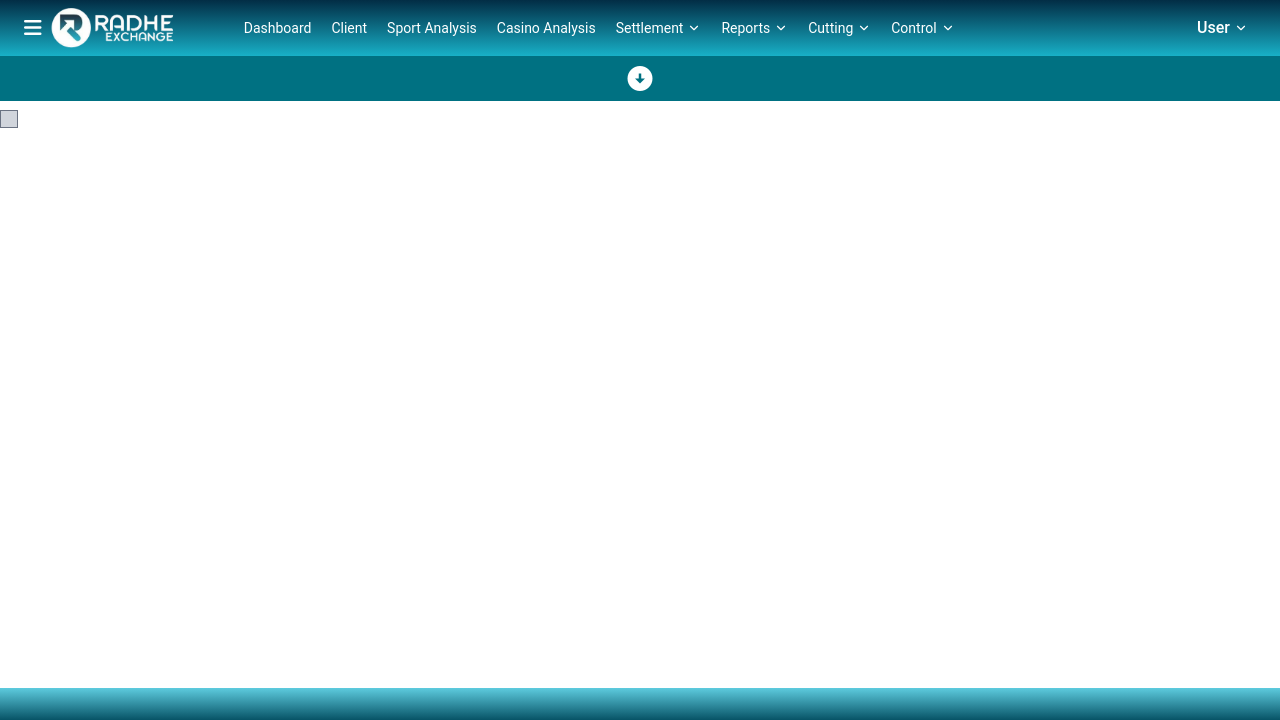
Repository: Habeebur1493/Radhe-Exchange
Page: /betlockpopup (app in frontend/)
These files come from the project's save history. The page is drawn as it stood at one moment and after the next save; the edit follows.
The browser window is 1280 px wide. The pictures show the whole page.
Some web libraries are served in a nearby version. The project was rebuilt for these pictures with package versions that can differ from the ones it lists, and the page was loaded fresh each time. Also part of the build but not shown: frontend/vite.config.js, frontend/src/components/Login.jsx, frontend/src/components/Register.jsx, frontend/src/components/Dashboard.jsx, frontend/src/components/UserLockPopup.jsx, frontend/src/components/Client.jsx, frontend/src/components/Home.jsx. Imported but missing from the stored project, and not drawn on this page: frontend/src/components/Pagination.

Above is the page before, as saved 2025-03-06 13:04:40.

### frontend/index.html
<!doctype html>
<html lang="en">
  <head>
    <meta charset="UTF-8" />
    <meta name="viewport" content="width=device-width, initial-scale=1.0" />
    <link
    href="https://cdn.jsdelivr.net/npm/remixicon@4.5.0/fonts/remixicon.css"
    rel="stylesheet"
/>
<link rel="stylesheet" href="https://cdnjs.cloudflare.com/ajax/libs/font-awesome/6.7.2/css/all.min.css" integrity="sha512-Evv84Mr4kqVGRNSgIGL/F/aIDqQb7xQ2vcrdIwxfjThSH8CSR7PBEakCr51Ck+w+/U6swU2Im1vVX0SVk9ABhg==" crossorigin="anonymous" referrerpolicy="no-referrer" />
    <title>Radheexch | Admin</title>

  </head>
  <body>
    <div id="root"></div>
    <script type="module" src="/src/main.jsx"></script>
  </body>
</html>

### frontend/src/App.jsx
import React from "react";
import { Routes, Route, Navigate } from "react-router-dom";
import Login from "./components/Login";
import Register from "./components/Register";
import Dashboard from "./components/Dashboard";
import Client from "./components/Client";
import Home from "./components/Home";
import Layout from "./components/Layout";
import "./App.css";
import UserLockPopup from "./components/UserLockPopup";
import BetLockPopup from "./components/BetLockPopup";

const App = () => {
  return (
    <Routes>
      {/* Redirect to login by default */}
      <Route path="/" element={<Navigate to="/login" />} />

      {/* Auth Routes */}
      <Route path="/login" element={<Login />} />
      <Route path="/register" element={<Register />} />

      {/* Protected Routes inside Layout */}
      <Route element={<Layout />}>
        <Route path="/userlockpopup" element={< UserLockPopup/>}/>
        <Route path="/betlockpopup" element={< BetLockPopup/>}/>
        <Route path="/home" element={<Home />} />
        <Route path="/dashboard" element={<Dashboard />} />
        <Route path="/client" element={<Client />} />
      </Route>
    </Routes>
  );
};

export default App;

### frontend/src/components/Layout.jsx
import React from "react";
import { Outlet } from "react-router-dom";
import Navbar from "./Navbar";
import Header from "./Header";
import Footer from "./Footer";

const Layout = () => {
  return (
    <div>
      <Navbar />
      <Header />
      <main>
        <Outlet /> {/* This ensures the page content appears in the correct place */}
      </main>
      <Footer />
    </div>
  );
};

export default Layout;

### frontend/src/App.css
@import "tailwindcss";

@import url("https://fonts.googleapis.com/css2?family=Roboto:ital,wght@0,100..900;1,100..900&display=swap");

html,
body,
#root {
  margin: 0;
  padding: 0;
  box-sizing: border-box;
}

body {
  height: 100%;
  width: 100%;
}

.dashboard {
  min-height: 100vh; /* Default: Full viewport height */
  padding-bottom: 70px;
}

@media (min-width: 1024px) {
  /* Large screens */
  .dashboard {
    min-height: auto; /* Normal height */
  }
}

:root {
  --primary-background: linear-gradient(#022d45, #18b0c7);
  --secondary-background: linear-gradient(#5dcbde, #075366);
  --tertiary-background: linear-gradient(#007182, #4ab4c7);
  --four-background: linear-gradient(#075366, #5dcbde);
  --fifth-background: linear-gradient(#2d6e7e, #022d45);
}

.main {
  background: var(--primary-background);
  font-family: "Roboto", sans-serif;
}

.btn {
  background: var(--secondary-background);
  font-family: "Roboto", sans-serif;
}

nav {
  background: var(--primary-background);
  font-family: "Roboto", sans-serif;
  font-size: 14px;
}
.dashboard {
  font-family: "Roboto", sans-serif;
  font-size: 14px;
}

.sidebar {
  background: var(--tertiary-background);
  font-family: "Roboto", sans-serif;
  font-size: 14px;
}
.btn1 {
  background: var(--secondary-background);
  font-family: "Roboto", sans-serif;
  transition: all 0.3s ease-in-out;
}
.btn1:hover {
  background: var(--four-background);
}

.dash {
  font-family: "Roboto", sans-serif;
  font-size: 14px;
}

.footer {
  background: var(--secondary-background);
  font-family: "Roboto", sans-serif;
  font-size: 14px;
}
@keyframes marquee {
  0% {
    transform: translateX(100%);
  }
  100% {
    transform: translateX(-100%);
  }
}

.marquee-text {
  display: inline-block;
  white-space: nowrap;
  animation: marquee 10s linear infinite;
}

.btn2{
    background: var(--secondary-background);
    color: white;
    font-size: 14px;
    font-weight: 500;
    transition: all 0.2s ease-in-out;
    cursor: pointer;
}

.btn2:hover{
    background: var(--four-background);
}

.client{
    font-family: "Roboto", sans-serif;
    font-size: 12px;
}

.btn3{
  background:var(--secondary-background)
}
.btn3:hover{
  background: var(--four-background);
}

.btnsp{
  background: var(--fifth-background);
}

.popup{
  background:var(--secondary-background)
}

### frontend/src/components/BetLockPopup.jsx
import React, { useState } from "react";

const BetLockPopup = () => {
  // State to control the visibility of the popup
  const [isPopupVisible, setPopupVisible] = useState(false);

  // Function to open the popup
  const openPopup = () => {
    setPopupVisible(true);
  };

  // Function to close the popup
  const closePopup = () => {
    setPopupVisible(false);
  };

  return (
    <div className="">
      <table>
        <thead>
          <tr>
            <th className=" text-right">
              <button
                className="cursor-pointer bg-gray-300 hover:bg-gray-400 border border-gray-500 p-2"
                onClick={openPopup}
              ></button>
            </th>
          </tr>
        </thead>
      </table>

      {/* Popup Modal */}
      {isPopupVisible && (
        <div className="fixed inset-0  bg-opacity-50 flex justify-center items-center z-50">
          <div className="bg-[#f0f8ff] p-6 rounded-lg w-1/3">
            <div className="popup flex justify-between items-center">
              <h2 className="text-[16px] text-white">Bet Lock</h2>
              <button
                className="text-white"
                onClick={closePopup}
              >
                ×
              </button>
            </div>

            <div className="mt-4 flex items-center pb-4">
              <label
                htmlFor="master-password"
                className="block text-sm font-medium text-gray-700 mr-7 mt-2"
              >
                Master Password
              </label>
              <input
                type="password"
                id="master-password"
                className="mt-2 p-2  border border-gray-300 rounded-md w-80"
                placeholder="Enter master password"
              />
            </div>
                <hr className="text-gray-400" />
            <div className="mt-4 flex justify-end space-x-2">
              <button
                className="bg-gray-300 hover:bg-gray-400 text-white p-2 rounded-md"
                onClick={closePopup}
              >
                Cancel
              </button>
              <button
                className="bg-blue-500 hover:bg-blue-600 text-white p-2 rounded-md"
                onClick={() => {
                  // Handle Submit action
                  console.log("Master Password Submitted");
                  closePopup();
                }}
              >
                Submit
              </button>
            </div>
          </div>
        </div>
      )}
    </div>
  );
};

export default BetLockPopup;

### frontend/src/components/Navbar.jsx
import React from 'react'
import { Link } from "react-router-dom";
import { ChevronDown } from "lucide-react";
import { useState } from "react";
import Sidebar from "./Sidebar";

const Navbar = () => {
     const [isDropdownOpen, setIsDropdownOpen] = useState(false);
  return (
    <nav className="bg-[--primary-background] text-white flex items-center lg:h-14 h-10  px-4 shadow-md z-10  ">
        <Sidebar />
        <img className="lg:h-10 h-8 " src="src/images/logo.png" alt="" />
        {/* Navbar Links (Now Closer to H1) */}
        <div className="ml-16 flex items-center">
      <ul className="hidden md:flex space-x-3">
        {[
          { name: "Dashboard", path: "/dashboard" },
          { name: "Client", path: "/client" },
          { name: "Sport Analysis", path: "/sport-analysis" },
          { name: "Casino Analysis", path: "/casino-analysis" },
        ].map((item) => (
          <li key={item.name}>
            <Link
              to={item.path}
              className="h-14 flex items-center px-1 hover:bg-[#18b0c7] transition-all duration-200 ease-in-out"
            >
              {item.name}
            </Link>
          </li>
        ))}

        {/* Dropdown Menus */}
        {[
          {
            name: "Settlement",
            subItems: [
              { name: "User", path: "/settlement/user" },
              { name: "Master", path: "/settlement/master" },
            ],
          },
          {
            name: "Reports",
            subItems: [
              { name: "User Detail", path: "/reports/user-detail" },
              { name: "Account Statement", path: "/reports/account-statement" },
              { name: "Settlement/Balance Report", path: "/reports/balance-report" },
            ],
          },
          {
            name: "Cutting",
            subItems: [
              { name: "Agent Master", path: "/cutting/agent-master" },
              { name: "Cutting History", path: "/cutting/history" },
            ],
          },
          {
            name: "Control",
            subItems: [
              { name: "Game", path: "/control/game" },
              { name: "Casino", path: "/control/casino" },
            ],
          },
        ].map((dropdown) => (
          <li key={dropdown.name} className="relative group lg:block hidden">
            <button className="h-14 flex items-center px-1 hover:bg-[#18b0c7] transition-all duration-200 ease-in-out">
              {dropdown.name}
              <ChevronDown size={14} className="ml-1" />
            </button>

            {/* Dropdown Menu */}
            <div className="absolute left-0 mt-0 w-40 bg-[#16a2ba] text-white opacity-0 invisible group-hover:opacity-100 group-hover:visible transition-all duration-200 ease-in-out">
              {dropdown.subItems.map((subItem) => (
                <Link
                  key={subItem.name}
                  to={subItem.path}
                  className="block px-4 py-2 hover:bg-[#107a8d] border-b border-gray-500"
                >
                  {subItem.name}
                </Link>
              ))}
            </div>
          </li>
        ))}
      </ul>
    </div>

        {/* Move Dashboard Dropdown to the Right */}
        <div className="ml-auto">
          <ul className=" md:flex text-sm font-medium">
            <li className="relative">
              <button
                onClick={() => setIsDropdownOpen(!isDropdownOpen)}
                className="flex items-center space-x-1 focus:outline-none px-4 h-14 text-[12px] lg:text-[16px]"
              >
                <span>User</span>
                <ChevronDown size={14} />
              </button>

              {/* Dropdown Menu - Shows on Click */}
              {isDropdownOpen && (
                <div className="absolute h-20 top-12 right-5 w-42 bg-white shadow-lg text-gray-800 rounded-sm z-10">
                  <a href="#" className="block px-4 py-2 hover:bg-[#5dcbde]">
                    <span>
                      <i className="fa-solid fa-arrow-right-long"></i>
                    </span>{" "}
                    Change Password
                  </a>
                  <a href="#" className="block px-4 py-2 hover:bg-[#5dcbde]">
                    <span>
                      <i className="fa-solid fa-arrow-right-long"></i>
                    </span>{" "}
                    Log Out
                  </a>
                </div>
              )}
            </li>
          </ul>
        </div>
      </nav>
  )
}

export default Navbar

### frontend/src/components/Header.jsx
import React from 'react'
import { ChevronDown } from "lucide-react";
import { useState } from "react";

const Header = () => {
     const [isOpen, setIsOpen] = useState(false);
  return (
    <header className="bg-[#007182] z-10">
        {/* Dropdown Toggle */}
        <div
          className="cursor-pointer flex items-center justify-center"
          onClick={() => setIsOpen(!isOpen)}
        >
          <i
            className={`ri-arrow-down-circle-fill text-white lg:text-[30px] text-[20px]  transition-transform ${
              isOpen ? "rotate-180" : ""
            }`}
          ></i>
        </div>

        {/* Dropdown Content */}
        {isOpen && (
          <div className="bg-[#007182] transition-all duration-300 pb-1 px-4">
            <div className="grid grid-cols-2 gap-2 sm:grid-cols-2 lg:flex lg:justify-evenly items-center text-white text-[10px] sm:text-[12px] lg:text-[14px] w-full mr-4">
              <div className="flex flex-col text-center gap-2 w-full sm:w-1/2 lg:w-auto">
                <h4 className="flex justify-between">
                  User ID: <span className="ml-2">776demo</span>
                </h4>
                <h4 className="flex justify-between">
                  User Type: <span className="ml-2">Admin</span>
                </h4>
              </div>

              <div className="flex flex-col text-center gap-2 w-full sm:w-1/2 lg:w-auto">
                <h4 className="flex justify-between">
                  Given Bal:{" "}
                  <span className="text-[#20fa5e] ml-2">1000.00</span>
                </h4>
                <h4 className="flex justify-between">
                  Available: <span className="text-[#20fa5e] ml-2">500.00</span>
                </h4>
              </div>

              <div className="flex flex-col text-center gap-2 w-full sm:w-1/2 lg:w-auto">
                <h4 className="flex justify-between">
                  Up Line: <span className="lg:ml-6">0</span>
                </h4>
                <h4 className="flex justify-between">
                  Down Line: <span className="lg:ml-2">0</span>
                </h4>
              </div>

              <div className="flex flex-col text-center gap-2 w-full sm:w-1/2 lg:w-auto">
                <h4 className="flex justify-between">
                  Current P&L: <span className="lg:ml-2">0</span>
                </h4>
                <h4 className="flex justify-between">
                  Exposure: <span className="lg:ml-8">0</span>
                </h4>
              </div>

              <div className="flex flex-col text-center gap-2 w-full sm:w-1/2 lg:w-auto lg:mb-7 lg:pl-10">
                <h4 className="flex justify-between">
                  My P&L: <span className="lg:ml-10">0</span>
                </h4>
              </div>
            </div>
          </div>
        )}
      </header>
  )
}

export default Header

### frontend/src/components/Footer.jsx
import React from 'react'

const Footer = () => {
  return (
    <footer className="footer fixed bottom-0 w-full h-8 bg-[--secondary-background] text-white text-center pt-2">
        <marquee behavior="scroll" direction="left" scrollamount="5">
        <i className="ri-megaphone-line"></i>  1️⃣ Welcome To Our Exchange...... 2️⃣ ICC Champions Trophy Cup
          TOURNAMENT WINNER Bet Started In Our Exchange..... 💫💫💫
        </marquee>
      </footer>
  )
}

export default Footer

### frontend/src/components/SidebarNavitems.jsx
import React, { useState } from "react";
import { Link } from "react-router-dom";

const navItems = [
  { key: "Dashboard", label: "Dashboard", path: "/dashboard", icon: "/src/images/boy.png" },
  { key: "Client", label: "Client", path: "/client", icon:"/src/images/boy.png" },
  { key: "SportAnalysis", label: "Sport Analysis", path: "/sport-analysis", icon: "/src/images/qa.png" },
  { key: "CasinoAnalysis", label: "Casino Analysis", path: "/casino-analysis", icon: "/src/images/casino.png" },
  {
    key: "Settlement",
    label: "Settlement",
    icon: "/src/images/settlement.png",
    items: [
      { title: "User", path: "/settlement/user" },
      { title: "Master", path: "/settlement/master" },
    ],
  },
  {
    key: "Reports",
    label: "Reports",
    icon: "/src/images/reports.png",
    items: [
      { title: "UserDetail", path: "/reports/userdetail" },
      { title: "Account Statement", path: "/reports/accountstatement" },
      { title: "Settlement/Balance Report", path: "/reports/settlementbalancereport" },
      { title: "Transaction Report", path: "/reports/transactionreport" },
      { title: "Current Bets", path: "/reports/currentbets" },
      { title: "Profit & Loss Report", path: "/reports/profit&lossreport" },
      { title: "Event Profit & Loss Report", path: "/reports/eventprofit&lossreport" },
      { title: "Bet History", path: "/reports/bethistory" },
      { title: "Live Bets", path: "/reports/livebets" },
      { title: "Sports Revenue", path: "/icons/revenue.svg" },
    ],
  },
  {
    key: "Cutting",
    label: "Cutting",
    icon: "/src/images/reports.png",
    items: [
      { title: "Agent Master", path: "/cutting/agentmaster" },
      { title: "Cutting History", path: "/cutting/cuttinghistory" },
    ],
  },
  {
    key: "Control",
    label: "Control",
    icon: "/src/images/control.png",
    items: [
      { title: "Game Control", path: "/control/gamecontrol" },
      { title: "Casino Control", path: "/control/casinocontrol" },
    ],
  },
];

const Sidebar = () => {
  const [dropdowns, setDropdowns] = useState({});

  const toggleDropdown = (key) => {
    setDropdowns((prev) => ({
      ...prev,
      [key]: !prev[key],
    }));
  };


  return (
    <ul className="p-2 lg:hidden">
    {navItems.map(({ key, label, path, icon, items }) => (
      <li key={key} className="text-[12px]">
        {items ? (
          <div
            className="flex justify-between items-center w-full p-2 border-b border-[#18b0c7] cursor-pointer hover:bg-[#5dcbde] transition-all"
            onClick={() => toggleDropdown(key)}
          >
            <div className="flex items-center gap-2">
              {icon && <img src={icon} alt={label} className="w-4 h-4" />}
              {label}
            </div>
            <i className={`fa-solid fa-caret-${dropdowns[key] ? "up" : "down"}`}></i>
          </div>
        ) : (
          <Link
            to={path}
            className="flex items-center gap-2 w-full p-2 border-b border-[#18b0c7] hover:bg-[#5dcbde] transition-all"
          >
            {icon && <img src={icon} alt={label} className="w-4 h-4" />}
            {label}
          </Link>
        )}

        {items && (
          <ul
            className={`overflow-hidden text-white transition-all duration-300 ${
              dropdowns[key] ? "max-h-[400px] opacity-100" : "max-h-0 opacity-0"
            }`}
          >
            {items.map(({ title, path }, idx) => (
              <li key={idx}>
                <Link
                  to={path}
                  className="block w-full pl-6 pr-2 py-2 border-b border-[#18b0c7] hover:bg-[#5dcbde] transition-all"
                >
                  {title}
                </Link>
              </li>
            ))}
          </ul>
        )}
      </li>
    ))}
  </ul>
);
};

export default Sidebar;

Loaded but not shown: frontend/src/main.jsx (common file); frontend/src/components/Sidebar.jsx (204 lines, source omitted)

After the next save:
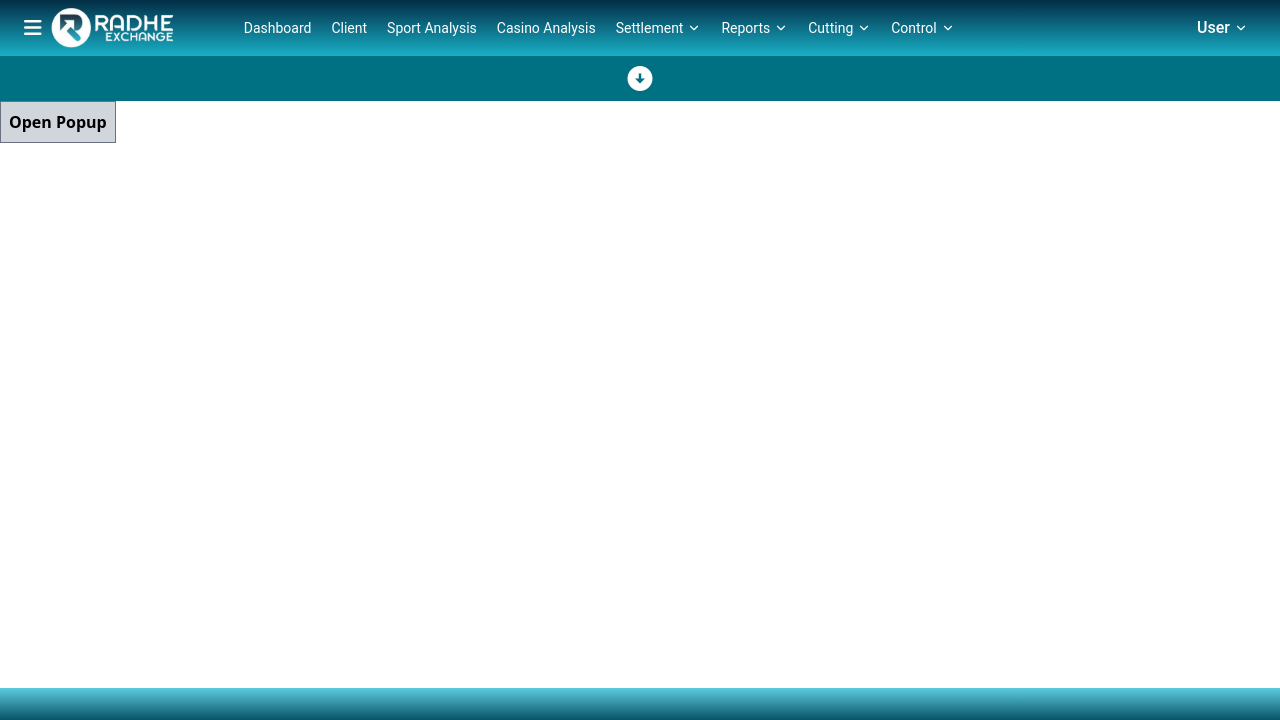
Saved 71 s later.
--- a/frontend/src/components/BetLockPopup.jsx
+++ b/frontend/src/components/BetLockPopup.jsx
@@ -15,15 +15,17 @@ const BetLockPopup = () => {
   };
 
   return (
-    <div className="">
+    <div>
       <table>
         <thead>
           <tr>
-            <th className=" text-right">
+            <th className="text-right">
               <button
                 className="cursor-pointer bg-gray-300 hover:bg-gray-400 border border-gray-500 p-2"
                 onClick={openPopup}
-              ></button>
+              >
+                Open Popup
+              </button>
             </th>
           </tr>
         </thead>
@@ -31,12 +33,12 @@ const BetLockPopup = () => {
 
       {/* Popup Modal */}
       {isPopupVisible && (
-        <div className="fixed inset-0  bg-opacity-50 flex justify-center items-center z-50">
-          <div className="bg-[#f0f8ff] p-6 rounded-lg w-1/3">
-            <div className="popup flex justify-between items-center">
-              <h2 className="text-[16px] text-white">Bet Lock</h2>
+        <div className="fixed inset-0 bg-gray-800 bg-opacity-50 flex justify-center items-start z-50 pt-16">
+          <div className="bg-white p-6 rounded-lg w-1/3">
+            <div className="flex justify-between items-center mb-4">
+              <h2 className="text-lg text-gray-800">Bet Lock</h2>
               <button
-                className="text-white"
+                className="text-gray-600"
                 onClick={closePopup}
               >
                 ×
@@ -46,18 +48,20 @@ const BetLockPopup = () => {
             <div className="mt-4 flex items-center pb-4">
               <label
                 htmlFor="master-password"
-                className="block text-sm font-medium text-gray-700 mr-7 mt-2"
+                className="block text-sm font-medium text-gray-700 mr-7"
               >
                 Master Password
               </label>
               <input
                 type="password"
                 id="master-password"
-                className="mt-2 p-2  border border-gray-300 rounded-md w-80"
+                className="p-2 border border-gray-300 rounded-md w-80"
                 placeholder="Enter master password"
               />
             </div>
-                <hr className="text-gray-400" />
+
+            <hr className="text-gray-400" />
+
             <div className="mt-4 flex justify-end space-x-2">
               <button
                 className="bg-gray-300 hover:bg-gray-400 text-white p-2 rounded-md"
